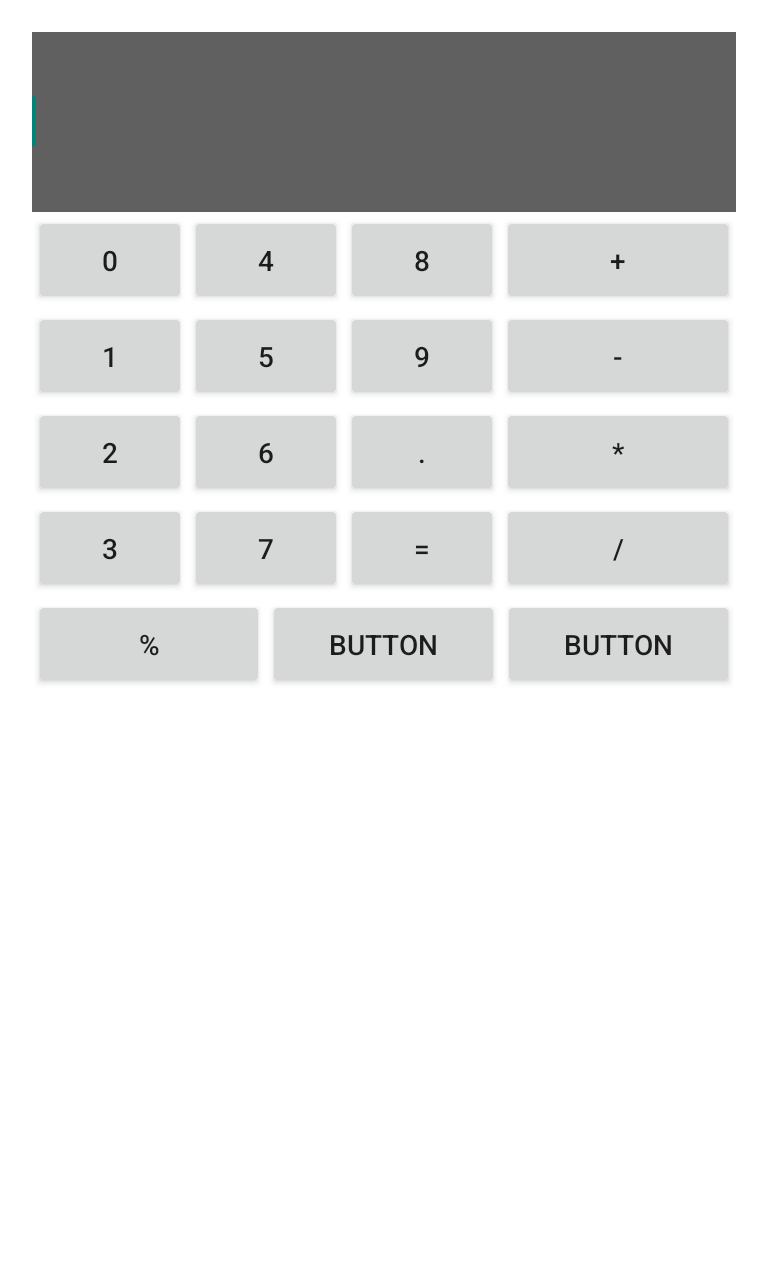
Repository: roopasree/new-pgm
Layout: Newapp/res/layout/ctivity3_main.xml
These files come from the project's save history. The layout is drawn as it stood at one moment and after the next save; the edit follows.
It is drawn on a 768 x 1280 px phone screen (xhdpi) without system bars, with theme AppTheme; the app's code is not run.

Above is the layout before, as saved 2015-02-16 06:54:19.

### Newapp/res/layout/ctivity3_main.xml
<RelativeLayout xmlns:android="http://schemas.android.com/apk/res/android"
    xmlns:tools="http://schemas.android.com/tools"
    android:layout_width="match_parent"
    android:layout_height="match_parent"
    android:background="#ffffff"
    android:paddingBottom="@dimen/activity_vertical_margin"
    android:paddingLeft="@dimen/activity_horizontal_margin"
    android:paddingRight="@dimen/activity_horizontal_margin"
    android:paddingTop="@dimen/activity_vertical_margin"
    tools:context="com.example.newapp.MainActivity" >

    <EditText
        android:id="@+id/editText1"
        android:layout_width="match_parent"
        android:layout_height="90dp"
        android:background="#606060"
        android:ems="10" >

        <requestFocus />
    </EditText>

    <LinearLayout
        android:id="@+id/linearLayout1"
        android:layout_width="match_parent"
        android:layout_height="wrap_content"
        android:layout_alignLeft="@+id/editText1"
        android:layout_below="@+id/editText1"
        android:weightSum="4.0" >

        <LinearLayout
            android:layout_width="wrap_content"
            android:layout_height="match_parent"
            android:layout_weight="1.0"
            android:orientation="vertical"
            android:weightSum="4.0" >

            <Button
                android:id="@+id/button1"
                style="?android:attr/buttonStyleSmall"
                android:layout_width="match_parent"
                android:layout_height="wrap_content"
                android:layout_weight="1.0"
                android:text="0" />

            <Button
                android:id="@+id/button2"
                style="?android:attr/buttonStyleSmall"
                android:layout_width="match_parent"
                android:layout_height="wrap_content"
                android:layout_weight="1.0"
                android:text="1" />

            <Button
                android:id="@+id/button3"
                style="?android:attr/buttonStyleSmall"
                android:layout_width="match_parent"
                android:layout_height="wrap_content"
                android:layout_weight="1.0"
                android:text="2" />

            <Button
                android:id="@+id/button4"
                style="?android:attr/buttonStyleSmall"
                android:layout_width="match_parent"
                android:layout_height="wrap_content"
                android:layout_weight="1.0"
                android:text="3" />
        </LinearLayout>

        <LinearLayout
            android:layout_width="wrap_content"
            android:layout_height="match_parent"
            android:layout_weight="1.0"
            android:orientation="vertical"
            android:weightSum="4.0" >

            <Button
                android:id="@+id/button5"
                style="?android:attr/buttonStyleSmall"
                android:layout_width="match_parent"
                android:layout_height="wrap_content"
                android:layout_weight="1.0"
                android:text="4" />

            <Button
                android:id="@+id/button6"
                style="?android:attr/buttonStyleSmall"
                android:layout_width="match_parent"
                android:layout_height="wrap_content"
                android:layout_weight="1.0"
                android:text="5" />

            <Button
                android:id="@+id/button7"
                style="?android:attr/buttonStyleSmall"
                android:layout_width="match_parent"
                android:layout_height="wrap_content"
                android:layout_weight="1.0"
                android:text="6" />

            <Button
                android:id="@+id/button8"
                style="?android:attr/buttonStyleSmall"
                android:layout_width="match_parent"
                android:layout_height="wrap_content"
                android:layout_weight="1.0"
                android:text="7" />
        </LinearLayout>

        <LinearLayout
            android:layout_width="wrap_content"
            android:layout_height="match_parent"
            android:layout_weight="1.0"
            android:orientation="vertical"
            android:weightSum="4.0" >

            <Button
                android:id="@+id/button9"
                style="?android:attr/buttonStyleSmall"
                android:layout_width="match_parent"
                android:layout_height="wrap_content"
                android:text="8" />

            <Button
                android:id="@+id/button10"
                style="?android:attr/buttonStyleSmall"
                android:layout_width="match_parent"
                android:layout_height="wrap_content"
                android:text="9" />

            <Button
                android:id="@+id/button11"
                style="?android:attr/buttonStyleSmall"
                android:layout_width="match_parent"
                android:layout_height="wrap_content"
                android:text="." />

            <Button
                android:id="@+id/button12"
                style="?android:attr/buttonStyleSmall"
                android:layout_width="match_parent"
                android:layout_height="wrap_content"
                android:text="=" />
        </LinearLayout>

        <LinearLayout
            android:layout_width="wrap_content"
            android:layout_height="match_parent"
            android:layout_weight="1.0"
            android:orientation="vertical" >

            <Button
                android:id="@+id/button13"
                android:layout_width="match_parent"
                android:layout_height="wrap_content"
                android:text="+" />

            <Button
                android:id="@+id/button14"
                android:layout_width="match_parent"
                android:layout_height="wrap_content"
                android:text="-" />

            <Button
                android:id="@+id/button15"
                android:layout_width="match_parent"
                android:layout_height="wrap_content"
                android:text="*" />

            <Button
                android:id="@+id/button16"
                android:layout_width="match_parent"
                android:layout_height="wrap_content"
                android:text="/" />
        </LinearLayout>
    </LinearLayout>

    <LinearLayout
        android:layout_width="match_parent"
        android:layout_height="wrap_content"
        android:layout_alignLeft="@+id/linearLayout1"
        android:layout_below="@+id/linearLayout1"
        android:weightSum="3.0" >

        <Button
            android:id="@+id/button17"
            android:layout_width="wrap_content"
            android:layout_height="wrap_content"
            android:layout_weight="1.0"
            android:text="%" />

        <Button
            android:id="@+id/button18"
            android:layout_width="wrap_content"
            android:layout_height="wrap_content"
            android:layout_weight="1.0"
            android:text="Button" />

        <Button
            android:id="@+id/button19"
            android:layout_width="wrap_content"
            android:layout_height="wrap_content"
            android:layout_weight="1.0"
            android:text="Button" />
    </LinearLayout>

</RelativeLayout>

Loaded but not shown: Newapp/res/values/styles.xml (common file); Newapp/res/values-v11/styles.xml (common file); Newapp/res/values-v14/styles.xml (common file); Newapp/res/values/dimens.xml (common file); Newapp/res/values-w820dp/dimens.xml (common file)

After the next save:
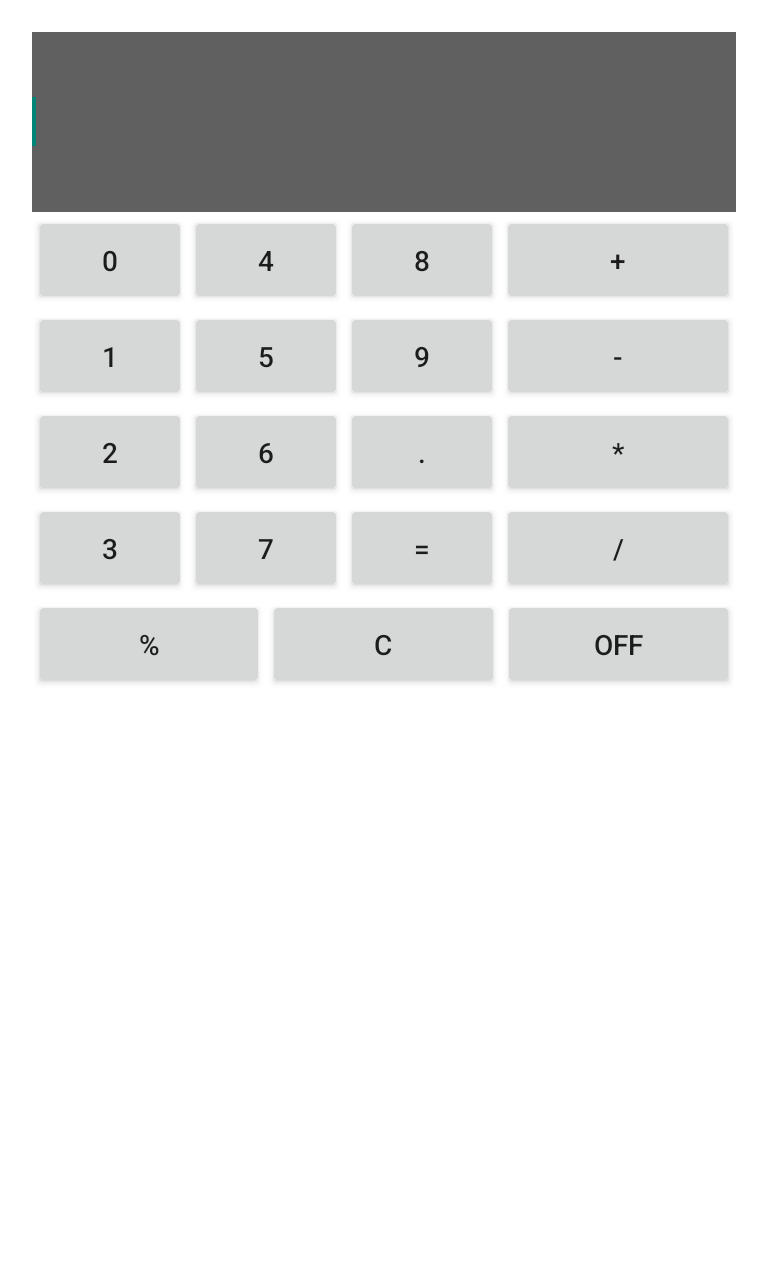
Saved 32 s later.
--- a/Newapp/res/layout/ctivity3_main.xml
+++ b/Newapp/res/layout/ctivity3_main.xml
@@ -194,14 +194,14 @@
             android:layout_width="wrap_content"
             android:layout_height="wrap_content"
             android:layout_weight="1.0"
-            android:text="Button" />
+            android:text="C" />
 
         <Button
             android:id="@+id/button19"
             android:layout_width="wrap_content"
             android:layout_height="wrap_content"
             android:layout_weight="1.0"
-            android:text="Button" />
+            android:text="OFF" />
     </LinearLayout>
 
 </RelativeLayout>
